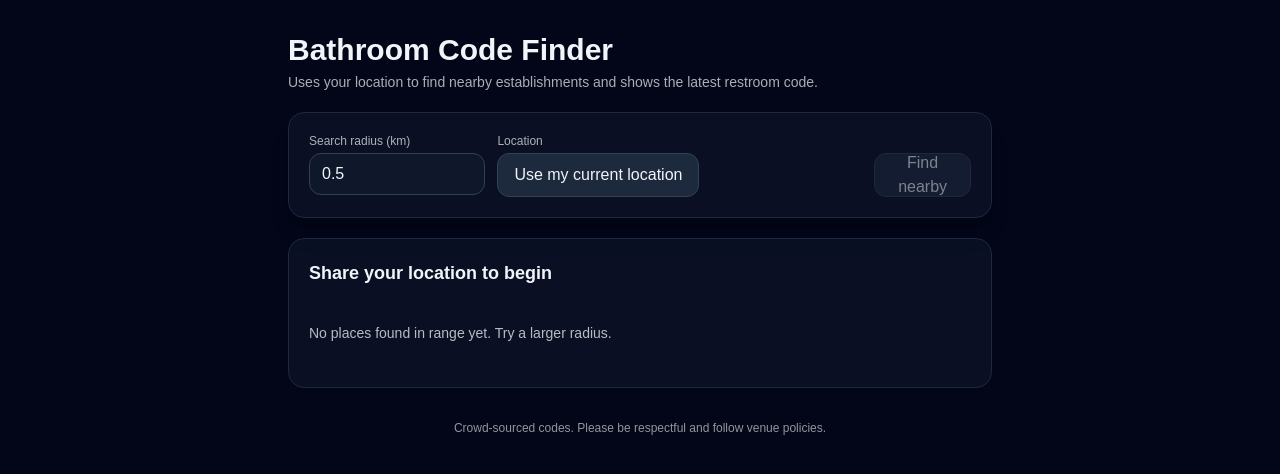
Repository: codcodedob/glitch
Page: /
An editor plug-in stored every save of this project. The page is shown before and after the next save, followed by the edit.
The browser window is 1280 px wide. The pictures show the whole page.
The project was rebuilt for these pictures with package versions that can differ from the ones it lists, and the page was loaded fresh each time. The framework's server and built-in components were replaced by stand-ins that run in the browser. Also part of the build but not shown: next.config.js, next.config.mjs, next.config.ts.

Above is the page before, as saved 2025-09-30 12:32:48.

### pages/_app.tsx
// pages/_app.tsx
import type { AppProps } from "next/app";
import "leaflet/dist/leaflet.css";
import "@/styles/globals.css";
export default function App({ Component, pageProps }: AppProps) { return <Component {...pageProps} />; }

### pages/index.tsx
// pages/index.tsx
import Head from "next/head";
import dynamic from "next/dynamic";
import { useCallback, useEffect, useMemo, useRef, useState } from "react";


type Establishment = {
  id: string;
  name: string;
  address: string;
  lat: number;
  lng: number;
  distance_km?: number;
  code?: string | null;
  code_updated_at?: string | null;
};

const MapView = dynamic(() => import("../components/MapView"), { ssr: false });


export default function Home() {
  const [pos, setPos] = useState<{ lat: number; lng: number } | null>(null);
  const [posStatus, setPosStatus] = useState<
    "idle" | "prompting" | "granted" | "denied" | "unavailable"
  >("idle");

  const [radiusKm, setRadiusKm] = useState<number>(0.5);
  const [results, setResults] = useState<Establishment[]>([]);
  const [loading, setLoading] = useState(false);
  const [fetchError, setFetchError] = useState<string | null>(null);

  // Avoid spamming the endpoint on repeated clicks
  const inFlight = useRef(false);

  useEffect(() => {
    if (!("geolocation" in navigator)) {
      setPosStatus("unavailable");
      return;
    }
    // Eagerly ask for high-accuracy position once the page is visible
    // but keep UX explicit with a button as well
  }, []);

  const requestLocation = useCallback(() => {
    if (!("geolocation" in navigator)) {
      setPosStatus("unavailable");
      return;
    }
    setPosStatus("prompting");
    navigator.geolocation.getCurrentPosition(
      (p) => {
        setPos({ lat: p.coords.latitude, lng: p.coords.longitude });
        setPosStatus("granted");
      },
      (err) => {
        console.warn("Geolocation error:", err);
        setPosStatus(err.code === err.PERMISSION_DENIED ? "denied" : "unavailable");
      },
      { enableHighAccuracy: true, timeout: 12000, maximumAge: 10000 }
    );
  }, []);

  const fetchNearest = useCallback(async () => {
    if (!pos || inFlight.current) return;
    setLoading(true);
    setFetchError(null);
    inFlight.current = true;
    try {
      const q = new URLSearchParams({
        lat: String(pos.lat),
        lng: String(pos.lng),
        radius_km: String(radiusKm),
      });
      const res = await fetch(`/api/nearest?${q.toString()}`, {
        headers: { "cache-control": "no-store" },
      });
      if (!res.ok) {
        const txt = await res.text().catch(() => "");
        throw new Error(`Server ${res.status}: ${txt || res.statusText}`);
      }
      const data = (await res.json()) as { establishments?: Establishment[] };
      setResults(data.establishments ?? []);
    } catch (e: any) {
      setFetchError(e?.message ?? "Failed to fetch nearby places.");
    } finally {
      setLoading(false);
      inFlight.current = false;
    }
  }, [pos, radiusKm]);

  // Auto-fetch when position first arrives
  useEffect(() => {
    if (pos) fetchNearest();
  }, [pos, fetchNearest]);

  const header = useMemo(
    () => (!pos ? "Share your location to begin" : `Nearest bathrooms within ${radiusKm} km`),
    [pos, radiusKm]
  );

  return (
    <>
      <Head>
        <title>Bathroom Code Finder</title>
        <meta
          name="description"
          content="Find the nearest establishment and see the current restroom code (crowd-verified)."
        />
      </Head>

      <div className="min-h-screen bg-slate-950 text-slate-100">
        <div className="mx-auto max-w-3xl p-6 sm:p-8">
          <header className="mb-5">
            <h1 className="text-2xl sm:text-3xl font-bold">Bathroom Code Finder</h1>
            <p className="text-sm opacity-70 mt-1">
              Uses your location to find nearby establishments and shows the latest restroom code.
            </p>
          </header>

          {/* Controls */}
          <div className="rounded-2xl border border-slate-800 bg-slate-900/60 p-4 sm:p-5 shadow-xl">
            <div className="flex flex-col gap-3 sm:flex-row sm:items-end sm:justify-between">
              <div className="grid grid-cols-1 sm:grid-cols-3 gap-3 w-full sm:w-auto">
                <div>
                  <label className="block text-xs opacity-70 mb-1">Search radius (km)</label>
                  <input
                    type="number"
                    min={0.1}
                    step={0.1}
                    value={radiusKm}
                    onChange={(e) => setRadiusKm(parseFloat(e.target.value || "0.5"))}
                    className="w-full rounded-xl border border-slate-700 bg-slate-900 px-3 py-2 text-slate-100"
                  />
                </div>

                <div className="sm:col-span-2">
                  <label className="block text-xs opacity-70 mb-1">Location</label>
                  {!pos ? (
                    <button
                      onClick={requestLocation}
                      className="inline-flex h-11 items-center justify-center rounded-xl border border-slate-700 bg-slate-800 px-4 font-medium hover:bg-slate-700"
                    >
                      {posStatus === "prompting" ? "Requesting…" : "Use my current location"}
                    </button>
                  ) : (
                    <div className="flex items-center gap-3">
                      <span className="inline-flex items-center rounded-full border border-emerald-700 bg-emerald-900/40 px-2.5 py-1 text-xs text-emerald-100">
                        location ready
                      </span>
                      <button
                        onClick={requestLocation}
                        className="text-sm underline underline-offset-4 opacity-80 hover:opacity-100"
                        title="Refresh location"
                      >
                        Refresh
                      </button>
                    </div>
                  )}
                </div>
              </div>

              <div className="mt-1 sm:mt-0">
                <button
                  onClick={fetchNearest}
                  disabled={!pos || loading}
                  className="inline-flex h-11 items-center justify-center rounded-xl border border-slate-700 bg-slate-800 px-5 font-medium hover:bg-slate-700 disabled:opacity-50"
                >
                  {loading ? "Searching…" : "Find nearby"}
                </button>
              </div>
            </div>

            {/* Permission & errors */}
            {!pos && posStatus === "denied" && (
              <p className="mt-3 text-pink-300">
                Location permission denied. Enable it in your browser settings and try again.
              </p>
            )}
            {posStatus === "unavailable" && (
              <p className="mt-3 text-pink-300">
                Geolocation is not available on this device/browser.
              </p>
            )}
            {fetchError && <p className="mt-3 text-pink-300">{fetchError}</p>}
          </div>

          {/* Map */}
          {pos && (
            <div className="mt-5">
              <MapView center={pos} places={results} />
            </div>
          )}

          {/* Results list */}
          <section className="mt-5 rounded-2xl border border-slate-800 bg-slate-900/60 p-4 sm:p-5">
            <h2 className="text-lg font-semibold">{header}</h2>

            <ul className="mt-3 divide-y divide-slate-800">
              {results.map((r) => (
                <li key={r.id} className="py-3">
                  <div className="flex items-start justify-between gap-3">
                    <div>
                      <div className="font-semibold">
                        {r.name}{" "}
                        {typeof r.distance_km === "number" && (
                          <span className="ml-2 inline-block rounded-full border border-emerald-800 bg-emerald-900/40 px-2 py-0.5 text-xs text-emerald-100">
                            {r.distance_km.toFixed(2)} km
                          </span>
                        )}
                      </div>
                      <div className="text-xs opacity-80">{r.address}</div>

                      {r.code ? (
                        <div className="mt-2">
                          <div className="text-xs opacity-80">Bathroom code</div>
                          <div className="font-mono text-xl">{r.code}</div>
                          {r.code_updated_at && (
                            <div className="text-xs opacity-70">
                              Updated {new Date(r.code_updated_at).toLocaleString()}
                            </div>
                          )}
                        </div>
                      ) : (
                        <div className="mt-2 text-xs opacity-70">
                          No code on record yet — ask the staff and share back! ✍️
                        </div>
                      )}
                    </div>
                  </div>
                </li>
              ))}

              {results.length === 0 && (
                <li className="py-6 text-sm opacity-75">
                  No places found in range yet. Try a larger radius.
                </li>
              )}
            </ul>
          </section>

          <footer className="mt-8 text-center text-xs opacity-60">
            Crowd-sourced codes. Please be respectful and follow venue policies.
          </footer>
        </div>
      </div>
    </>
  );
}

Loaded but not shown: pages/_document.tsx (common file); styles/globals.css (common file)

After the next save:
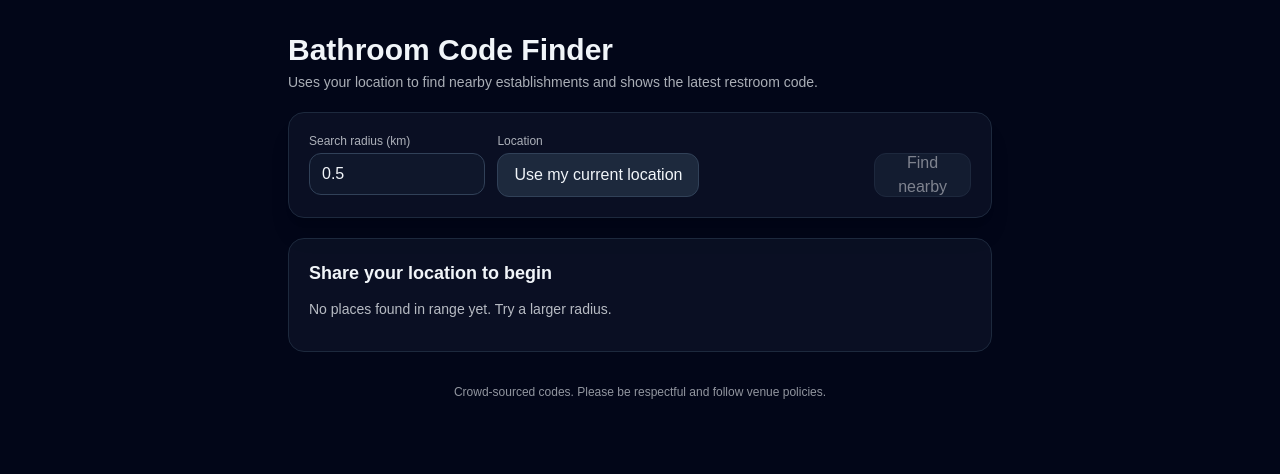
Saved 8 min 8 s later.
--- a/pages/index.tsx
+++ b/pages/index.tsx
@@ -192,51 +192,56 @@ export default function Home() {
           )}
 
           {/* Results list */}
-          <section className="mt-5 rounded-2xl border border-slate-800 bg-slate-900/60 p-4 sm:p-5">
-            <h2 className="text-lg font-semibold">{header}</h2>
-
-            <ul className="mt-3 divide-y divide-slate-800">
-              {results.map((r) => (
-                <li key={r.id} className="py-3">
-                  <div className="flex items-start justify-between gap-3">
-                    <div>
-                      <div className="font-semibold">
-                        {r.name}{" "}
-                        {typeof r.distance_km === "number" && (
-                          <span className="ml-2 inline-block rounded-full border border-emerald-800 bg-emerald-900/40 px-2 py-0.5 text-xs text-emerald-100">
-                            {r.distance_km.toFixed(2)} km
-                          </span>
-                        )}
-                      </div>
-                      <div className="text-xs opacity-80">{r.address}</div>
-
-                      {r.code ? (
-                        <div className="mt-2">
-                          <div className="text-xs opacity-80">Bathroom code</div>
-                          <div className="font-mono text-xl">{r.code}</div>
-                          {r.code_updated_at && (
-                            <div className="text-xs opacity-70">
-                              Updated {new Date(r.code_updated_at).toLocaleString()}
-                            </div>
-                          )}
-                        </div>
-                      ) : (
-                        <div className="mt-2 text-xs opacity-70">
-                          No code on record yet — ask the staff and share back! ✍️
-                        </div>
-                      )}
-                    </div>
+<section className="mt-5 rounded-2xl border border-slate-800 bg-slate-900/60 p-4 sm:p-5">
+  <h2 className="text-lg font-semibold">
+    {header}
+  </h2>
+
+  {/* Empty state goes directly under the header */}
+  {results.length === 0 ? (
+    <div className="mt-3 text-sm opacity-75">
+      No places found in range yet. Try a larger radius.
+    </div>
+  ) : null}
+
+  {/* List renders when we have results */}
+  <ul className="mt-3 divide-y divide-slate-800">
+    {results.map((r) => (
+      <li key={r.id} className="py-3">
+        <div className="flex items-start justify-between gap-3">
+          <div>
+            <div className="font-semibold">
+              {r.name}{" "}
+              {typeof r.distance_km === "number" && (
+                <span className="ml-2 inline-block rounded-full border border-emerald-800 bg-emerald-900/40 px-2 py-0.5 text-xs text-emerald-100">
+                  {r.distance_km.toFixed(2)} km
+                </span>
+              )}
+            </div>
+            <div className="text-xs opacity-80">{r.address}</div>
+
+            {r.restroom_available === false ? (
+              <div className="mt-2 text-xs opacity-70">No restroom</div>
+            ) : r.code ? (
+              <div className="mt-2">
+                <div className="text-xs opacity-80">Bathroom code</div>
+                <div className="font-mono text-xl">{r.code}</div>
+                {r.code_updated_at && (
+                  <div className="text-xs opacity-70">
+                    Updated {new Date(r.code_updated_at).toLocaleString()}
                   </div>
-                </li>
-              ))}
-
-              {results.length === 0 && (
-                <li className="py-6 text-sm opacity-75">
-                  No places found in range yet. Try a larger radius.
-                </li>
-              )}
-            </ul>
-          </section>
+                )}
+              </div>
+            ) : (
+              <div className="mt-2 text-xs opacity-70">No code yet</div>
+            )}
+          </div>
+        </div>
+      </li>
+    ))}
+  </ul>
+</section>
+
 
           <footer className="mt-8 text-center text-xs opacity-60">
             Crowd-sourced codes. Please be respectful and follow venue policies.
